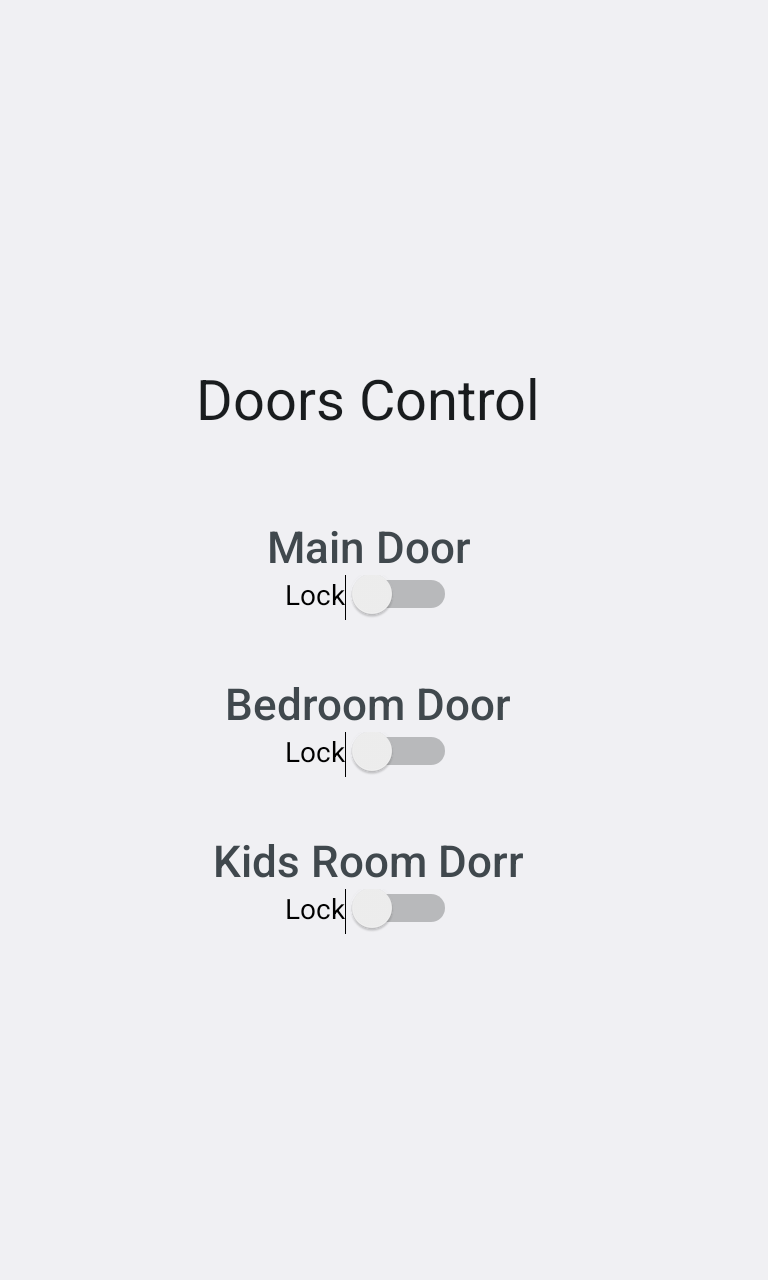
Repository: Teketel/hujeManiita
Layout: workspace/android/Besso/res/layout/door_control.xml
The author's editor kept a copy of each file at every save. The layout is drawn from the files as they stood at one save, then again after the next save.
It is drawn on a 768 x 1280 px phone screen (xhdpi) without system bars, with theme AppTheme; the app's code is not run.

Above is the layout before, as saved 2013-05-19 23:43:01.

After the next save:
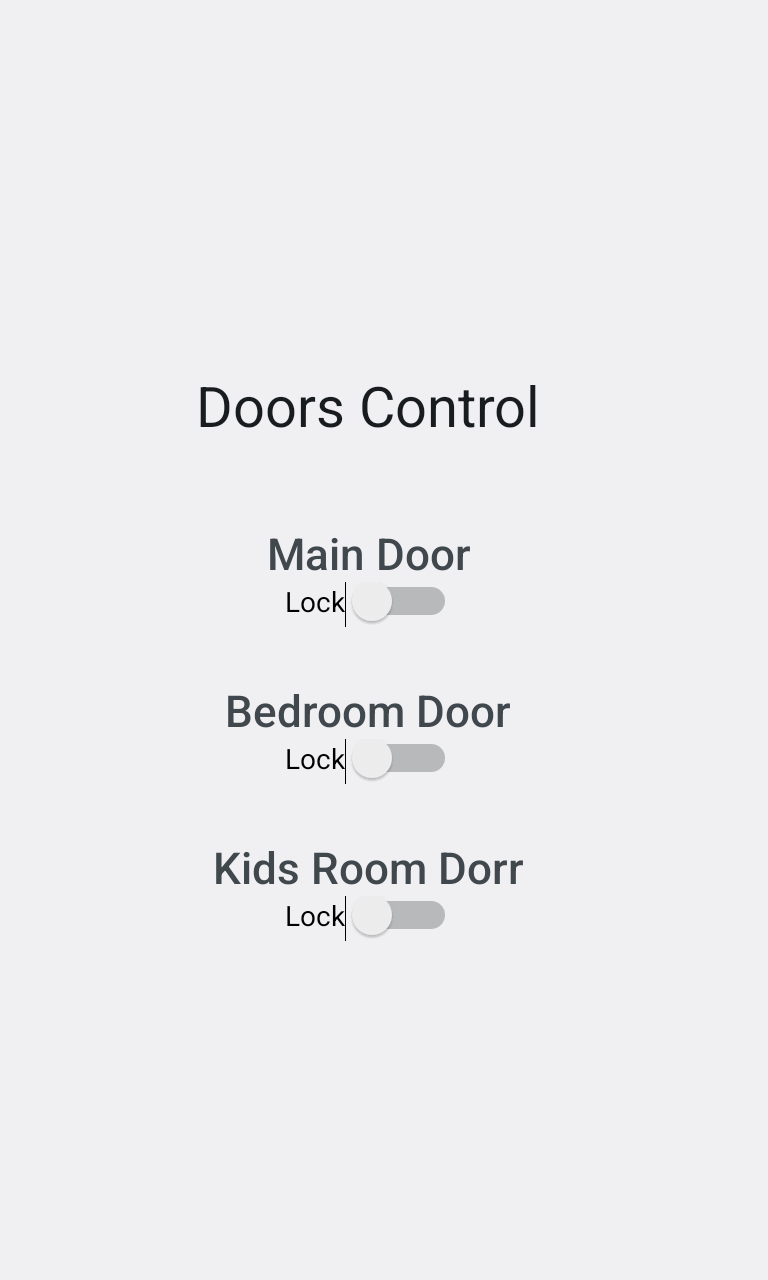
Saved 18 s later.
--- a/workspace/android/Besso/res/layout/door_control.xml
+++ b/workspace/android/Besso/res/layout/door_control.xml
@@ -13,7 +13,7 @@
         android:text="No connection!! Unable to get Status."
         android:textAppearance="?android:attr/textAppearanceLarge"
         android:textColor="@android:color/holo_red_light"
-        android:textSize="10dp"
+        android:textSize="15dp"
         android:visibility="invisible" />
 
     <LinearLayout
